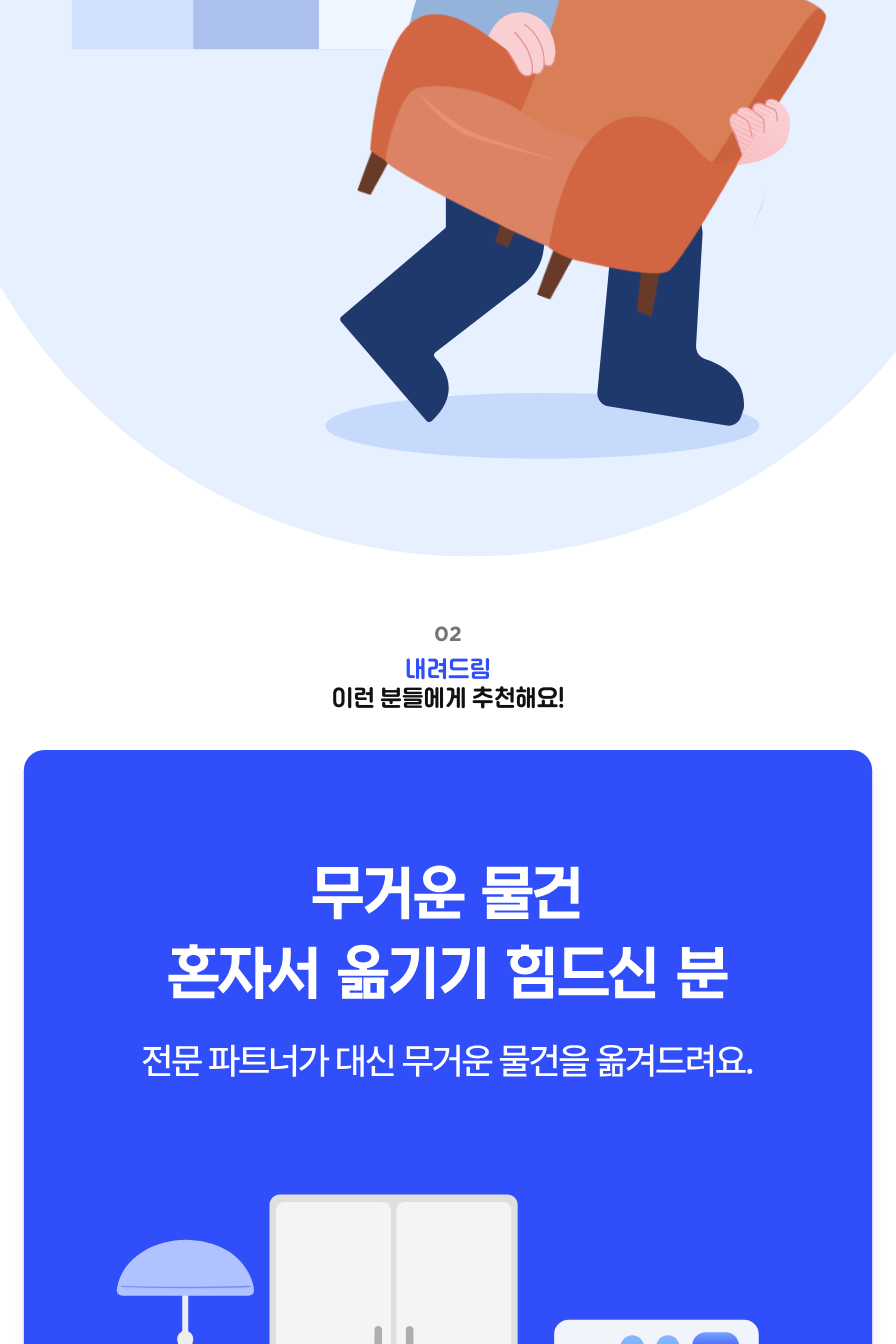
Repository: seraLeeDev/lgthinq-test
Page: index2.html
These files come from the project's save history. The page is drawn as it stood at one moment and after the next save; the edit follows.
The browser window is 1280 px wide. The pictures show the part of the page from y = 4580 to 6500 px (the page is 19433 px tall before and 19413 px after), at 70% of full size.
Some web fonts or font styles are not loaded; a fallback is used.

Above is the page before, as saved 2023-03-15 13:14:23.
Console error: ReferenceError: AOS is not defined

### index2.html
<!DOCTYPE html>
<html lang="ko">
  <head>
    <meta charset="UTF-8" />
    <meta http-equiv="X-UA-Compatible" content="IE=edge" />
    <meta name="viewport" content="width=device-width, initial-scale=1.0" />
    <title>빼기 | 새롭게 버리는 공식</title>
    <link as="style" rel="stylesheet" href="/css/reset.css" />
    <link as="style" rel="stylesheet" href="/css/font.css" />
    <link as="style" rel="stylesheet" href="/css/style.css" />
    <link href="https://unpkg.com/aos@2.3.1/dist/aos.css" rel="stylesheet" />
    <link
      rel="stylesheet"
      href="https://cdn.jsdelivr.net/gh/orioncactus/pretendard@v1.3.5/dist/web/static/pretendard-dynamic-subset.css"
    />
    <link
      rel="apple-touch-icon"
      sizes="57x57"
      href="/icons/apple-icon-57x57.png"
    />
    <link
      rel="apple-touch-icon"
      sizes="60x60"
      href="/icons/apple-icon-60x60.png"
    />
    <link
      rel="apple-touch-icon"
      sizes="72x72"
      href="/icons/apple-icon-72x72.png"
    />
    <link
      rel="apple-touch-icon"
      sizes="76x76"
      href="/icons/apple-icon-76x76.png"
    />
    <link
      rel="apple-touch-icon"
      sizes="114x114"
      href="/icons/apple-icon-114x114.png"
    />
    <link
      rel="apple-touch-icon"
      sizes="120x120"
      href="/icons/apple-icon-120x120.png"
    />
    <link
      rel="apple-touch-icon"
      sizes="144x144"
      href="/icons/apple-icon-144x144.png"
    />
    <link
      rel="apple-touch-icon"
      sizes="152x152"
      href="/icons/apple-icon-152x152.png"
    />
    <link
      rel="apple-touch-icon"
      sizes="180x180"
      href="/icons/apple-icon-180x180.png"
    />
    <link
      rel="icon"
      type="image/png"
      sizes="192x192"
      href="/icons/android-icon-192x192.png"
    />
    <link
      rel="icon"
      type="image/png"
      sizes="32x32"
      href="/icons/favicon-32x32.png"
    />
    <link
      rel="icon"
      type="image/png"
      sizes="96x96"
      href="/icons/favicon-96x96.png"
    />
    <link
      rel="icon"
      type="image/png"
      sizes="16x16"
      href="/icons/favicon-16x16.png"
    />
    <script type="text/javascript" src="/js/index.js"></script>
    <script src="https://unpkg.com/aos@2.3.1/dist/aos.js"></script>
  </head>
  <body>
    <div class="wrapper">
      <!-- 메인 -->
      <article class="article-box">
        <div class="box-img-full">
          <img src="./img/[LG ThinQ] main img.gif" alt="내려드림,할인드림" />
        </div>
        <div class="main-notice">
          <p>광명 푸르지오 센트베르에 거주하시는 분들에게만 적용됩니다.</p>
        </div>
      </article>
      <!-- ThinQ & 빼기 설명 -->
      <article></article>
      <!-- 내려드림 소개 -->
      <article>
        <!-- 01. 내려드림 서비스란? -->
        <section class="section-wrap">
          <div class="box-content sec1">
            <b class="index text-blue-04-variation">01</b>
            <h2 class="GGothic h2">내려드림 서비스란?</h2>
            <p class="section-desc">
              빼기의 전문 파트너가 고객님의 집에 방문하여<br />
              대형 가전/가구와 같은 물품을<br />
              건물 밖으로 운반해주는 서비스에요.
            </p>
            <small class="section-caption text-blue-03"
              >*수거필증 구매 및 배출신고는 제외</small
            >
          </div>
          <div class="box-img-bubble">
            <img
              src="/img/01_bubble.svg"
              alt="빼기 파트너가 옮겨드려요 말풍선"
            />
          </div>
          <div class="box-img-full sec1">
            <img src="/img/01_illust.svg" alt="사람이 물건을 옮기는 일러스트" />
          </div>
        </section>
        <!-- 02. 내려드림 추천 -->
        <section class="section-wrap">
          <div class="box-content">
            <b class="index text-gray76">02</b>
            <h2 class="GGothic h2">
              <span class="text-blue-02">내려드림</span><br />
              이런 분들에게 추천해요!
            </h2>
          </div>

          <ul class="img-card-list">
            <li>
              <img src="./img/02_illust_1.svg" alt="무거운 물건 일러스트" />
            </li>
            <li>
              <img src="./img/02_illust_2.svg" alt="저렴한 가격 일러스트" />
            </li>
            <li>
              <img src="./img/02_illust_3.svg" alt="카드 결제 일러스트" />
            </li>
          </ul>
        </section>
        <!-- 03. 가격 설명 -->
        <section class="bg-receipt section-wrap">
          <div class="box-content">
            <b class="index text-blue-04">03</b>
            <h2 class="GGothic h2">
              타 업체보다 <br /><span class="text-blue-etc text-highlight"
                >평균 40% 저렴</span
              >해요!
            </h2>
            <p class="section-desc">
              타 업체 견적가 데이터 기준으로<br />
              비교한 금액이에요.
            </p>
          </div>
          <ul class="img-card-list">
            <li>
              <img src="./img/03_illust_1.svg" alt="2인용 소파 가격 그래프" />
            </li>
            <li>
              <img src="./img/03_illust_2.svg" alt="2단 서랍장 가격 그래프" />
            </li>
          </ul>
        </section>
        <!-- 04. 내려드림 신청 방법 -->
        <section class="bg-blue02 section-wrap">
          <div class="box-content">
            <b class="index text-blue-04">04</b>
            <h2 class="GGothic h2 text-white">내려드림 신청 방법</h2>

            <div class="box-content">
              <span class="box-chip GGothic text-white bg-orange02 font-normal"
                >신청 전 확인하기</span
              >
              <div class="box-img-half">
                <img src="./img/apply_step0.svg" alt="회원가입 이미지" />
              </div>
              <p class="text-white section-desc sec4">
                <span class="text-yellow"
                  >이벤트 페이지에서 앱으로 설치·이동 후 <br />회원가입</span
                >을 해주세요
              </p>
            </div>
            <div class="bg-indigo box-caution">
              <img
                class="img-caution"
                src="./img/cancel_impossible_100_filled_gray.svg"
                alt="주의 아이콘"
              />
              <small class="text-indigo text-caution"
                >이벤트 페이지를 통하지 않으면 할인 혜택을 받기 어려워요.<br />
                꼭! 이벤트 페이지를 통해 빼기 앱을 설치해주세요.</small
              >
            </div>
            <div>
              <span class="box-chip GGothic text-white bg-lightblue Gotham"
                >STEP 01</span
              >
              <div class="box-img-half">
                <img src="./img/apply_step1.svg" alt="내려드림 선택 이미지" />
              </div>
              <p class="text-white section-desc sec4">
                메인 - 대형폐기물 탭 - 대신 버려주세요
              </p>
            </div>

            <div>
              <span class="box-chip GGothic text-white bg-lightblue Gotham"
                >STEP 02</span
              >
              <div class="box-img-half">
                <img src="./img/apply_step2.svg" alt="배출장소 선택 이미지" />
              </div>
              <p class="text-white section-desc sec4">
                물품 정보 입력 후 신청페이지에서<br />
                배출물품을 내려놓을 장소를 입력해주세요.
              </p>
            </div>
            <div>
              <span class="box-chip GGothic text-white bg-lightblue Gotham"
                >STEP 03</span
              >
              <div class="box-img-half">
                <img src="./img/apply_step3.svg" alt="내려드림 작업 이미지" />
              </div>
              <p class="text-white section-desc sec4">
                파트너님이 방문해서<br />
                지정하신 장소에 물품을 내려드려요.
              </p>
            </div>
            <div>
              <span class="box-chip GGothic text-white bg-lightblue Gotham"
                >STEP 04</span
              >
              <div class="box-img-half">
                <img src="./img/apply_step4.svg" alt="수거필증 구매 이미지" />
              </div>
              <p class="text-white section-desc sec4">
                작업 완료 후 고객님이<br />
                수거필증을 구매해주셔야해요.
              </p>
            </div>
            <div>
              <span class="box-chip GGothic text-white bg-lightblue Gotham"
                >STEP 05</span
              >
              <div class="box-img-half">
                <img src="./img/apply_step5.svg" alt="빼기번호 부착 이미지" />
              </div>
              <p class="text-white section-desc sec4">
                수거필증 결제 후 제공되는 빼기 번호를<br />
                배출 물품에 떨어지지 않도록 부착해주세요.
              </p>
            </div>
          </div>
        </section>
      </article>
      <!-- 05 : 자주묻는 질문-->
      <article class="bg-black section-wrap">
        <section>
          <div class="box-content">
            <b class="index text-blue-02">05</b>
            <h2 class="GGothic h2 text-white">자주 묻는 질문</h2>
            <p class="section-desc text-grayb9">
              내려드림과 관련한<br />
              자주 묻는 질문을 정리해뒀어요.
            </p>
          </div>

          <ul class="faq-list">
            <li>
              <div class="faq-head">
                <h5 class="font-bold text-question">Q. 내려드림이 뭐에요?</h5>
                <i class="btn-faq-toggle">
                  <img src="/img/icon_plus_24_black.svg" alt="플러스 버튼" />
                </i>
              </div>
              <p class="text-answer font-normal">
                내려드림이란 빼기의 전문 파트너가 고객님의 집에 방문하여 대형
                가전/가구와 같은 물품을 건물 밖으로 운반해주는 서비스입니다.
              </p>
            </li>
            <li>
              <div class="faq-head">
                <h5 class="font-bold text-question">
                  Q. 수거 필증을 왜 구매해야 하나요?
                </h5>
                <i class="btn-faq-toggle">
                  <img src="/img/icon_plus_24_black.svg" alt="플러스 버튼" />
                </i>
              </div>
              <p class="text-answer font-normal">
                지자체에서 발급되는 수거필증을 구매해야만 내려드림으로 신청하신
                물품이 수거가 됩니다.
              </p>
            </li>
            <li>
              <div class="faq-head">
                <h5 class="font-bold text-question">
                  Q. ThinQ 회원 5% 할인은 어떻게 받나요?
                </h5>
                <i class="btn-faq-toggle">
                  <img src="/img/icon_plus_24_black.svg" alt="플러스 버튼" />
                </i>
              </div>
              <p class="text-answer font-normal">
                이벤트 페이지 내 버튼을 통하여 빼기 앱 설치 후 광명 푸르지오
                센트베르 거주자에 한하여 할인 혜택이 적용됩니다.
              </p>
            </li>
            <li>
              <div class="faq-head">
                <h5 class="font-bold text-question">
                  Q. 일정 변경이 가능한가요?
                </h5>
                <i class="btn-faq-toggle">
                  <img src="/img/icon_plus_24_black.svg" alt="플러스 버튼" />
                </i>
              </div>
              <p class="text-answer font-normal">
                파트너 매칭 전에는 일정 변경이 언제든 가능하며, 파트너 매칭 후
                일정 변경을 희망하실 경우, 매칭 된 빼기 파트너와 직접 일정을
                협의하셔야 합니다.
              </p>
            </li>
            <li>
              <div class="faq-head">
                <h5 class="font-bold text-question">Q. 그 외 질문</h5>
                <i class="btn-faq-toggle">
                  <img src="/img/icon_plus_24_black.svg" alt="플러스 버튼" />
                </i>
              </div>
              <div>
                <p class="text-answer font-normal">
                  빼기 FAQ 페이지에서 더 많은 질문을 확인할 수 있습니다.
                </p>
                <a class="btn-faq-link">다른 질문 확인하기</a>
              </div>
            </li>
          </ul>
        </section>
        <footer>
          <div class="box-img-full">
            <img src="/img/banner.svg" alt="내려드림 이동 배너" />
          </div>
          <div class="footer-logo">
            <p class="text-white">새롭게 버리는 공식</p>
            <img src="/img/bbegi_app_logo.svg" alt="빼기 로고" />
          </div>
        </footer>
      </article>
      <!-- 플로팅 버튼 -->
      <!-- <div class="box-float">
        <button class="btn-float font-bold">빼기 바로가기</button>
      </div> -->
    </div>
  </body>
</html>

### css/font.css
@charset "UTF-8";

@font-face {
  font-family: "Pretendard";
  src: url("https://cdn.jsdelivr.net/gh/orioncactus/pretendard@v1.3.5/dist/web/static/pretendard-dynamic-subset.css");
}

@font-face {
  font-family: "HGSoftGGothicssi";
  font-style: normal;
  font-weight: 100;
  src: url(/font/HGSoftGGothicssi-00g.woff2) format("woff2"),
    url(/font/HGSoftGGothicssi-00g.woff) format("woff"),
    url(/font/HGSoftGGothicssi-00g.otf) format("opentype");
}

@font-face {
  font-family: "HGSoftGGothicssi";
  font-style: normal;
  font-weight: 200;
  src: url(/font/HGSoftGGothicssi-20g.woff2) format("woff2"),
    url(/font/HGSoftGGothicssi-20g.woff) format("woff"),
    url(/font/HGSoftGGothicssi-20g.otf) format("opentype");
}

@font-face {
  font-family: "HGSoftGGothicssi";
  font-style: normal;
  font-weight: 400;
  src: url(/font/HGSoftGGothicssi-40g.woff2) format("woff2"),
    url(/font/HGSoftGGothicssi-40g.woff) format("woff"),
    url(/font/HGSoftGGothicssi-40g.otf) format("opentype");
}

@font-face {
  font-family: "HGSoftGGothicssi";
  font-style: normal;
  font-weight: 600;
  src: url(/font/HGSoftGGothicssi-60g.woff2) format("woff2"),
    url(/font/HGSoftGGothicssi-60g.woff) format("woff"),
    url(/font/HGSoftGGothicssi-60g.otf) format("opentype");
}

@font-face {
  font-family: "HGSoftGGothicssi";
  font-style: normal;
  font-weight: 800;
  src: url(/font/HGSoftGGothicssi-80g.woff2) format("woff2"),
    url(/font/HGSoftGGothicssi-80g.woff) format("woff"),
    url(/font/HGSoftGGothicssi-80g.otf) format("opentype");
}

@font-face {
  font-family: "HGSoftGGothicssi";
  font-style: normal;
  font-weight: 900;
  src: url(/font/HGSoftGGothicssi-90g.woff2) format("woff2"),
    url(/font/HGSoftGGothicssi-90g.woff) format("woff"),
    url(/font/HGSoftGGothicssi-90g.otf) format("opentype");
}

@font-face {
  font-family: "Gotham";
  font-style: normal;
  font-weight: 700;
  src: url(/font/Gotham-Bold.woff2) format("woff2"),
    url(/font/Gotham-Bold.woff) format("woff"),
    url(/font/Gotham-Bold.otf) format("opentype");
}

### css/style.css
@charset "UTF-8";
/*
*
* TYPOGRAPHY
*
*/
html,
body,
.wrapper {
  font-family: "Pretendard", sans-serif !important;
  font-size: 10px; /*1rem: 10px*/
}
.GGothic {
  font-family: "HGSoftGGothicssi", sans-serif !important;
}
.Gotham {
  font-family: "Gotham", sans-serif !important;
}
.font-normal {
  font-weight: 400 !important;
}
.font-semiBold {
  font-weight: 600 !important;
}
.font-bold {
  font-weight: 800 !important;
}
.font-extraBold {
  font-weight: 900 !important;
}
.index {
  font-family: "Gotham", sans-serif !important;
  font-size: 6rem;
}
.h2 {
  margin-bottom: 12px;
  text-align: center;
  font-size: 7rem !important;
  line-height: 0.6;
  color: #111;
}
.section-desc {
  font-size: 1.8rem;
  line-height: 1.3;
  color: #6a6a6a;
  letter-spacing: -0.5px;
}
.section-caption {
  display: inline-block;
  margin-top: 22px;
  font-size: 13px;
}
.text-gray-01 {
  color: #111111 !important;
}
.text-blue-02 {
  color: #304ffb !important;
}
.text-blue-03 {
  color: #5980f9 !important;
}
.text-blue-04 {
  color: #8fb5ff !important;
}
.text-blue-04-variation {
  color: #98c1ff !important;
}
.text-blue-etc {
  color: #2285fa !important;
}
.text-indigo {
  color: #9aa9ff !important;
}
.text-white {
  color: #fff;
}
.text-grayb9 {
  color: #b9b9b9 !important;
}
.text-gray76 {
  color: #767676 !important;
}
.text-yellow {
  color: #ffed8f !important;
}
.index {
  margin-bottom: 15px;
}
.text-caution {
  font-size: 1.2rem;
  line-height: 1.2;
}
.text-question {
  font-size: 1.8rem;
}
.text-answer {
  width: 90%;
  margin-top: 20px;
  font-size: 1.6rem;
  line-height: 1.2;
}
.text-answer::before {
  content: "•";
  padding-right: 5px;
}
/*
*
* COMMON
*
*/

.box-img-full {
  width: 100%;
}
.box-img-full img,
.box-img-half img {
  width: 100%;
  vertical-align: bottom;
}
.box-img-half {
  width: 50%;
  margin: 0 auto;
}
.box-content {
  padding: 0 20px;
  text-align: center;
}

.box-caution {
  display: flex;
  flex-direction: column;
  justify-content: center;
  align-items: center;
  padding: 40px;
}
.box-float {
  position: fixed;
  bottom: 135px;
  display: flex;
  justify-content: center;
  align-items: center;
  width: 100%;
  height: 75px;
}
.box-chip {
  padding: 0.5rem 1.5rem;
  font-size: 2.8rem;
  font-weight: 700;
  border-radius: 50px;
  color: white;
  text-align: center;
  letter-spacing: 0;
}
.bg-orange02 {
  background-color: #f78752 !important;
}
.bg-lightblue {
  background-color: #7d9aff !important;
}
.bg-blue02 {
  background-color: #304ffb !important;
}
.bg-indigo {
  background-color: #192250 !important;
}
.bg-black {
  background-color: #262626 !important;
}
.bg-receipt {
  padding: 100px 0;
  background-color: #edf1ff;
  position: relative;
  overflow: hidden;
}
.bg-receipt::before,
.bg-receipt::after {
  position: absolute;
  content: "●●●●●●●●●●●●●●●●●●";
  font-size: 2rem;
  letter-spacing: 6px;
  vertical-align: bottom;
}
.bg-receipt::before {
  color: white;
  top: -10px;
}
.bg-receipt::after {
  color: #304ffb;
  bottom: -10px;
}
.img-card-list {
  width: 100%;
  margin: 50px 0 100px;
}
.img-card-list li {
  padding: 0 20px;
  margin-bottom: 20px;
}
.img-card-list li:last-child {
  margin: 0;
}
.img-card-list li img {
  width: 100%;
}
.main-notice {
  width: 100%;
  padding: 10px 0;
  background: #0e1222;
}
.main-notice p {
  width: 100%;
  text-align: center;
  font-size: 1.2rem;
  color: #fff;
}
.section-wrap {
  position: relative;
  padding: 80px 0 0;
}
/* article 1 style */
.box-content .sec1 {
  padding: 90px 54px 0;
}
.box-img-bubble {
  position: absolute;
  top: 50%;
  left: 15%;
  width: 150px;
}
.box-img-bubble img {
  width: 100%;
}
.box-img-full.sec1 {
  margin-top: 45px;
}

/* article 2 style */

/* article 3 style */
.text-highlight {
  padding: 0 5px;
  background: url(/img/marker_line.svg) no-repeat 50% 120%;
  background-size: 100%;
}
/* article 4 style */
.section-desc .sec4 {
  letter-spacing: -0.3px;
  font-weight: 400;
}
.img-caution {
  display: block;
  width: 30px;
}
/* article 5 style */
.faq-list {
  padding: 0 24px;
  color: #b9b9b9;
}
.faq-list li {
  padding: 30px 0;
  border-bottom: 1px solid #666666;
}
.faq-list li:last-child {
  border-bottom: none;
}
.faq-head {
  display: flex;
  justify-content: space-between;
  align-items: center;
  width: 100%;
}
/* footer */
.footer-logo {
  display: flex;
  flex-direction: column;
  justify-content: center;
  align-items: center;
  padding: 70px 0;
}
.footer-logo p {
  font-size: 1.8rem;
  margin-bottom: 10px;
}
.footer-logo img {
  width: 100px;
}
/*
*
*BUTTON
*
*/
.btn-faq-toggle {
  display: flex;
  justify-content: center;
  align-items: center;
  width: 40px;
  height: 40px;
}
.btn-faq-toggle img {
  display: block;
  width: 18px;
  height: 18px;
}
.btn-faq-link {
  display: inline-block;
  padding: 10px 15px;
  margin-top: 18px;
  border: 1px solid #b9b9b9;
  font-size: 1.6rem;
  border-radius: 50px;
}
.btn-float {
  width: 80%;
  height: 100%;
  margin: 0 auto;
  font-size: 2.4rem;
  color: white;
  background: #1331d9;
  border-radius: 50px;
  border: none;
  outline: none;
  box-shadow: 0px 10px 20px -5px rgba(0, 0, 0, 0.2);
}

Loaded but not shown: css/reset.css (common file); js/index.js (common file)

After the next save:
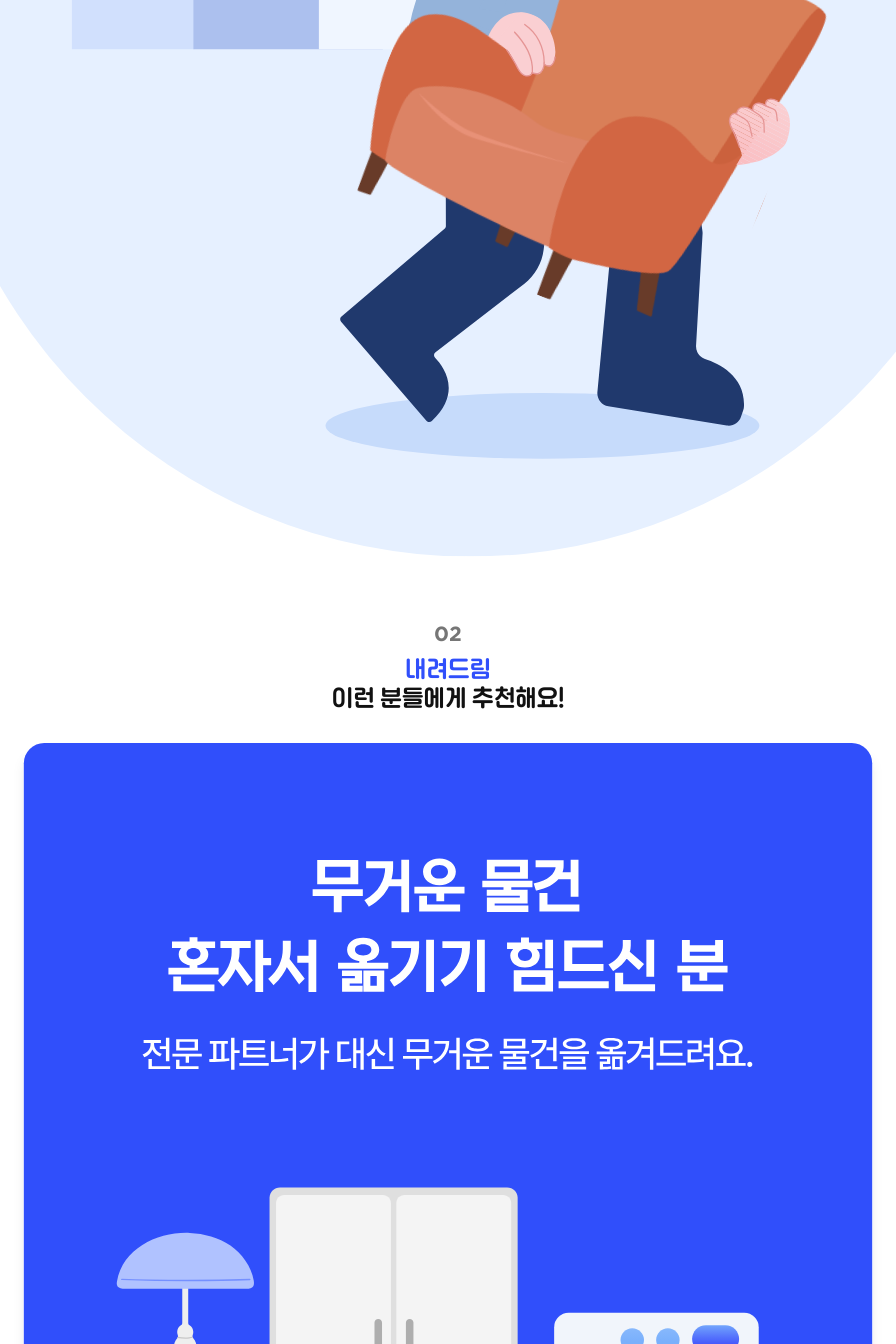
Saved 8 s later.
--- a/css/style.css
+++ b/css/style.css
@@ -190,7 +190,7 @@ body,
 }
 .img-card-list {
   width: 100%;
-  margin: 50px 0 100px;
+  margin: 40px 0 100px;
 }
 .img-card-list li {
   padding: 0 20px;
